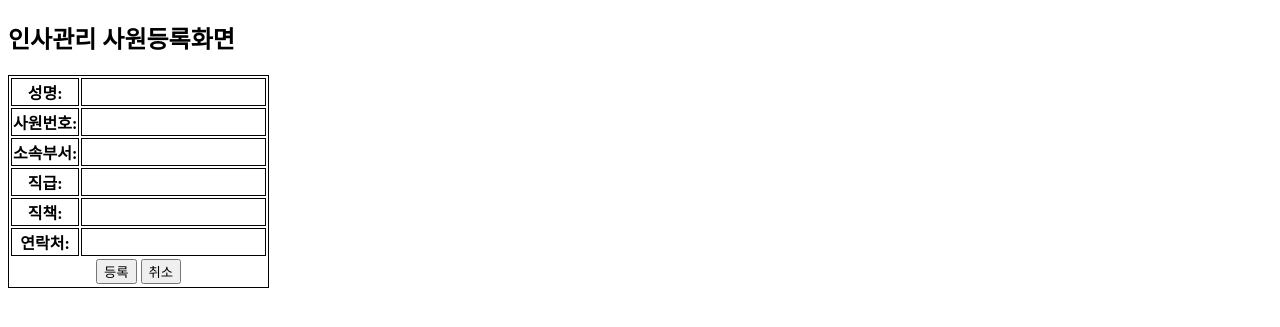
Repository: guguping/finalTestStudy
Page: http://localhost/test1/saveMemberForm.jsp
These files come from the project's save history. The page is drawn as it stood at one moment and after the next save; the edit follows.
The browser window is 1280 px wide. The pictures show the whole page.
The page is served by Tomcat 9.

Above is the page before, as saved 2023-07-28 04:24:40.

### test1/src/main/webapp/saveMemberForm.jsp
<%@ page language="java" contentType="text/html; charset=UTF-8"
    pageEncoding="UTF-8"%>
<!DOCTYPE html>
<html>
<head>
<meta charset="UTF-8">
<title>Insert title here</title>
<style>
	table, tr, th {
		border: 1px solid black;
		text-align: center;
	}
	input {
		border: none;
		outline: none;
	}
</style>
</head>
<body>
	<h2>인사관리 사원등록화면</h2>
	<form action="saveMember.jsp" method="post">
	<table>
		<tr>
			<th><label for="name">성명: </label></th>
			<th><input type="text" id="name" name="name"></th>
		</tr>
		<tr>
			<th><label for="id">사원번호: </label></th>
			<th><input type="text" id="id" name="id"></th>
		</tr>
		<tr>
			<th><label for="dept">소속부서: </label></th>
			<th><input type="text" id="dept" name="dept"></th>
		</tr>
		<tr>
			<th><label for="position">직급: </label></th>
			<th><input type="text" id="position" name="position"></th>
		</tr>
		<tr>
			<th><label for="duty">직책: </label></th>
			<th><input type="text" id="duty" name="duty"></th>
		</tr>
		<tr>
			<th><label for="phone">연락처: </label></th>
			<th><input type="text" id="phone" name="phone"></th>
		</tr>
		<tr>
			<td colspan = "2"><button type="submit">등록</button>
			<button type="button" onclick="index()">취소</button></td>
		</tr>
	</table>
	</form>
</body>
<script>
	const index = () => {
		location.href = "index.jsp";
	}
</script>
</html>

After the next save:
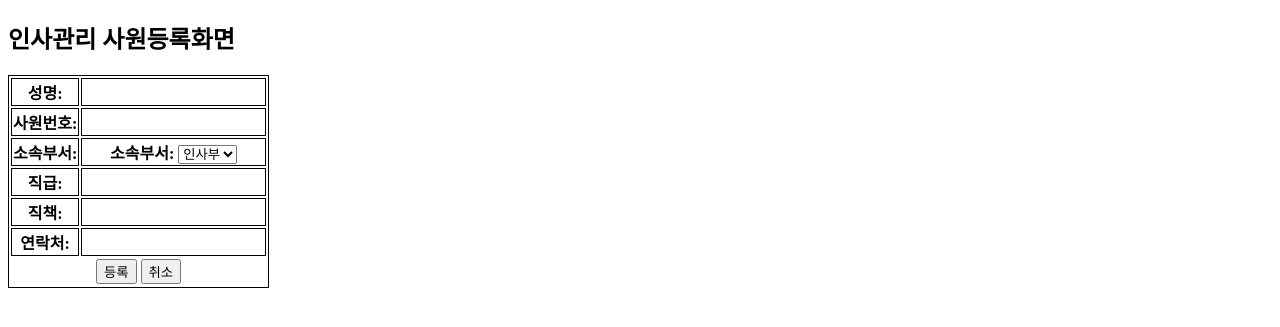
Saved 64 s later.
--- a/test1/src/main/webapp/saveMemberForm.jsp
+++ b/test1/src/main/webapp/saveMemberForm.jsp
@@ -30,7 +30,13 @@
 		</tr>
 		<tr>
 			<th><label for="dept">소속부서: </label></th>
-			<th><input type="text" id="dept" name="dept"></th>
+			<th>소속부서: <select name="dept">
+					<option value="인사부">인사부</option>
+					<option value="기획부">기획부</option>
+					<option value="홍보부">홍보부</option>
+					<option value="영업부">영업부</option>
+					<option value="경리부">경리부</option>
+				</select></th>
 		</tr>
 		<tr>
 			<th><label for="position">직급: </label></th>
